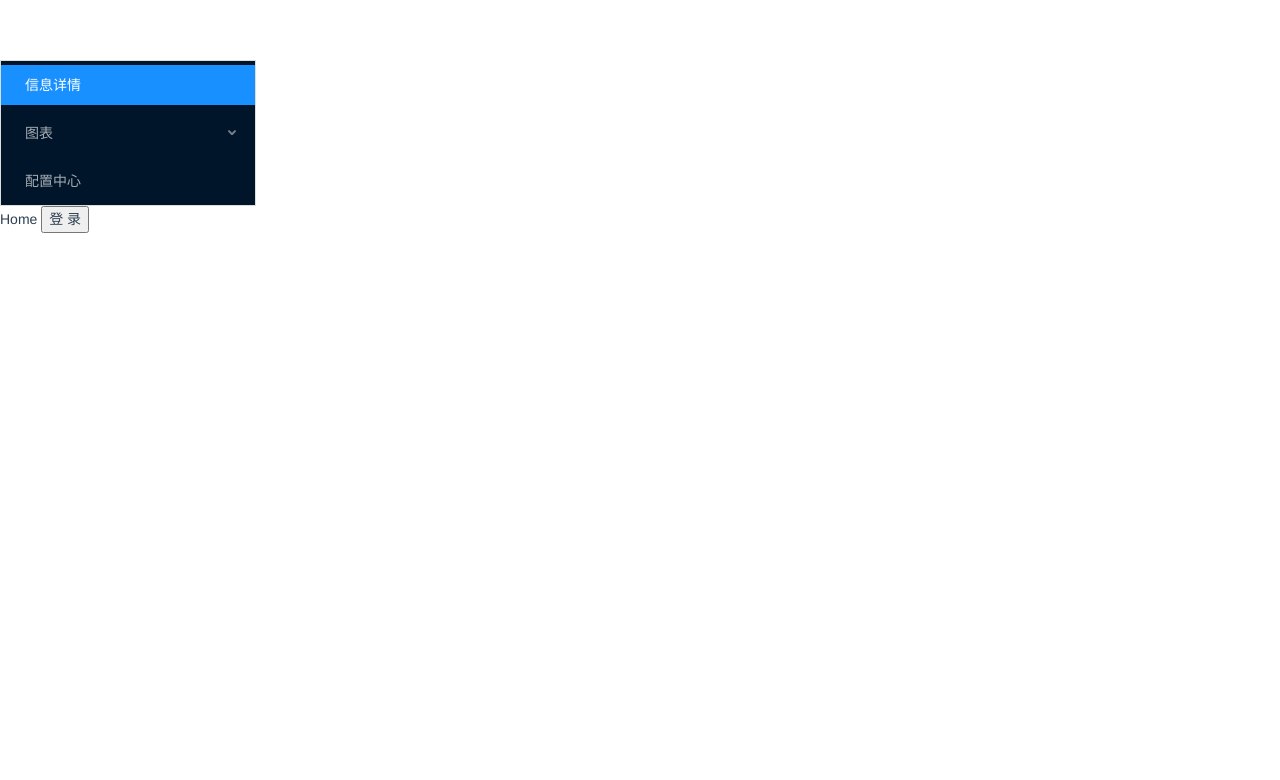
Repository: zhongdm/vue-vuex-antd
Page: /#/Home
An editor plug-in stored every save of this project. The page is shown before and after the next save, followed by the edit.
The browser window is 1280 px wide. The pictures show the whole page.
The project was rebuilt for these pictures with package versions that can differ from the ones it lists, and the page was loaded fresh each time. Also part of the build but not shown: src/pages/Login.vue.

Above is the page before, as saved 2019-03-14 14:30:40.

After the next save:
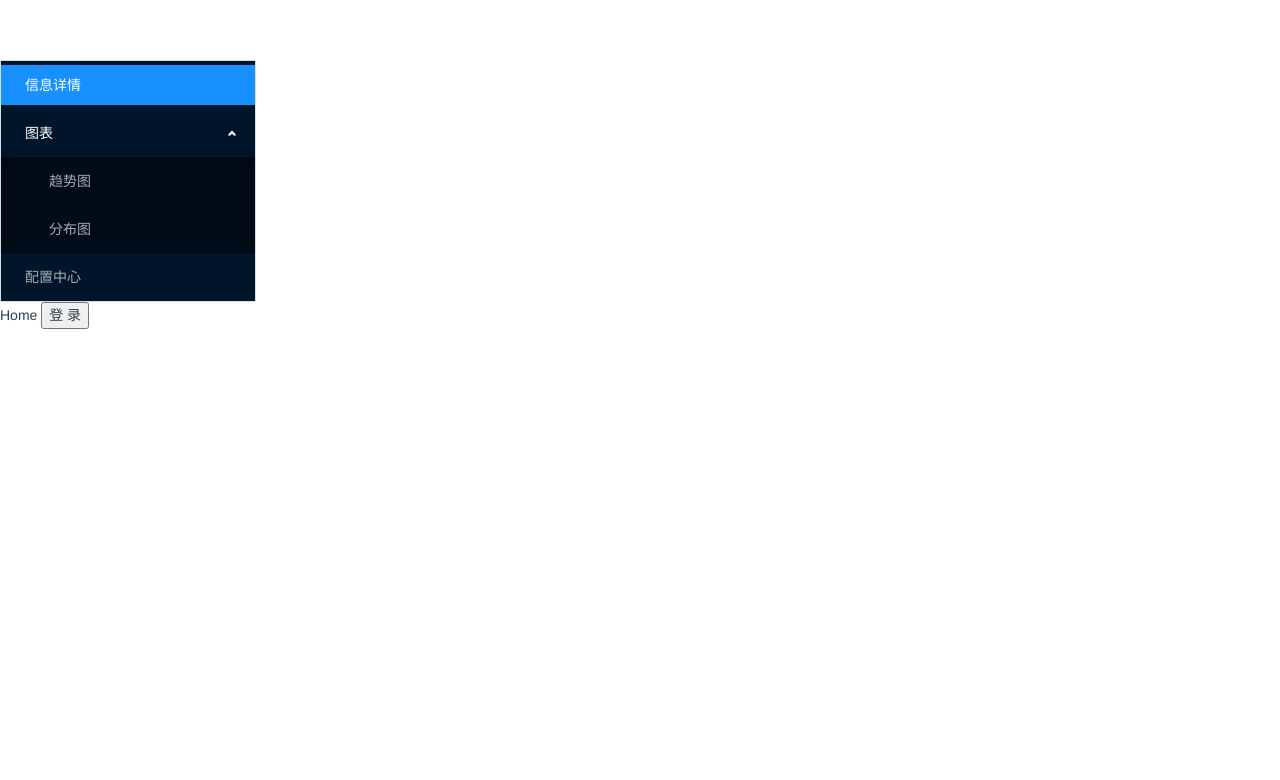
Saved 31 s later.
--- a/src/components/MenuBar.vue
+++ b/src/components/MenuBar.vue
@@ -25,7 +25,7 @@
     :selectedKeys="[activeMenu]"
     @click="handleMenu">
     <template v-for="item in menuList">
-      <a-sub-menu :title="item.value" :key="item" v-if="item.children">
+      <a-sub-menu :title="item.value" :key="item.key" v-if="item.children">
         <template v-for="subItem in item.children">
           <a-menu-item :key="subItem.key">{{subItem.value}}</a-menu-item>
         </template>
